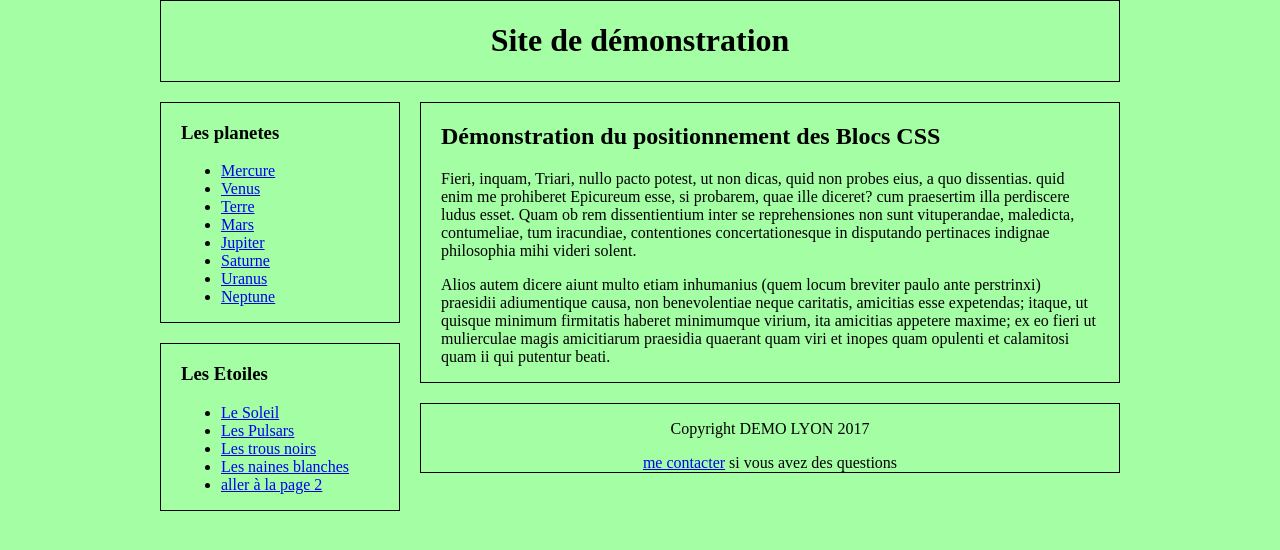
Repository: serviceshuios/-git-reference-java-lyon-worspace
Page: workspaceWeb/ModelePage1/WebContent/page2.html
An editor plug-in stored every save of this project. The page is shown before and after a run of saves, followed by the edit.
The browser window is 1280 px wide. The pictures show the whole page.

Above is the page before, as saved 2017-04-04 13:56:10.

### workspaceWeb/ModelePage1/WebContent/page2.html
<!DOCTYPE html>
<html>
<head>
<meta charset="UTF-8">
<title>modèle 1</title>
<meta name="viewport" content="width=device-width, initial-scale=1.0">
<link rel="stylesheet" href="css/style.css" />
</head>
<body>
	<div id="entete">
		<h1>Site de démonstration</h1>
	</div>
	<div id="nav">
		<div class="block planetes">
			<h3>Les planetes</h3>
			<ul>
				<li><a href="#">Mercure</a></li>
				<li><a href="#">Venus</a></li>
				<li><a href="#">Terre</a></li>
				<li><a href="#">Mars</a></li>
				<li><a href="#">Jupiter</a></li>
				<li><a href="#">Saturne</a></li>
				<li><a href="#">Uranus</a></li>
				<li><a href="#">Neptune</a></li>
			</ul>
		</div>
		<div class="block etoiles">
			<h3>Les Etoiles</h3>
			<ul>
				<li><a href="#">Le Soleil</a></li>
				<li><a href="#">Les Pulsars</a></li>
				<li><a href="#">Les trous noirs</a></li>
				<li><a href="#">Les naines blanches</a></li>
				<li><a href="page2.html">aller à la page 2</a></li>
			</ul>
		</div>

	</div>
	<div id="content">
	<div class="block">
		<h2>Démonstration du positionnement des Blocs CSS</h2>
		<p>Fieri, inquam, Triari, nullo pacto potest, ut non dicas, quid non probes eius, a quo dissentias. quid enim me prohiberet Epicureum esse, si probarem, quae ille diceret? cum praesertim illa perdiscere ludus esset. Quam ob rem dissentientium inter se reprehensiones non sunt vituperandae, maledicta, contumeliae, tum iracundiae, contentiones concertationesque in disputando pertinaces indignae philosophia mihi videri solent.</p>
		<p>Alios autem dicere aiunt multo etiam inhumanius (quem locum breviter paulo ante perstrinxi) praesidii adiumentique causa, non benevolentiae neque caritatis, amicitias esse expetendas; itaque, ut quisque minimum firmitatis haberet minimumque virium, ita amicitias appetere maxime; ex eo fieri ut mulierculae magis amicitiarum praesidia quaerant quam viri et inopes quam opulenti et calamitosi quam ii qui putentur beati.</p>
	</div>
	<div class="block footer">
		<p>Copyright DEMO LYON 2017</p>
		<a href="mailto:contact@example.com">me contacter</a> si vous avez des questions
	</div>
	</div>
</body>
</html>

### workspaceWeb/ModelePage1/WebContent/css/style.css
@CHARSET "UTF-8";
/*Si la taille de l'écran est inférieure à 681px*/
@media screen and (max-width:680px) {
	body {
		background-color: #ffd688;
		width:100%;
		margin: 0 auto;
	}
	#entete {
		border: 1px solid black;
		margin-bottom: 20px;
		padding: 0 20 px;
		text-align: center;
	}
	#nav {
		width: 100%;
	}
	#content {
		width: 100%;

	}
	.block {
		border: 1px solid black;
		margin-bottom: 20px;
		padding: 0 20px;
	}
	.footer {
		text-align: center;
	}
}

/*Si la taille de l'écran est comprise entre 681px et 1279px*/
@media screen and (min-width:681px) and (max-width:1279px) {
	body {
		background-color: #0080ff;
		width: 100%;
		margin:0 auto;
	}
	#entete {
		border: 1px solid black;
		margin-bottom: 20px;
		padding: 0 20 px;
		text-align: center;
	}
	#nav {
		width: 100%;
		float: left;
	}
	#content {
		width: 100%;
		float: right;
	}
	.planetes {
		float:left;
		width:45%;
	}
	.etoiles {
		float:right;
		width:45%;
	}
	.block {
		border: 1px solid black;
		margin-bottom: 20px;
		padding: 0 1%;
	}
	.footer {
		text-align: center;
	}
}

/*Si la taille de l'écran est supérieure à 1279px*/
@media screen and (min-width:1280px) {
	body {
		width: 960px;
		margin: 0 auto;
		background-color: #a4ffa4;
	}
	#entete {
		border: 1px solid black;
		margin-bottom: 20px;
		padding: 0 20 px;
		text-align: center;
	}
	#nav {
		width: 240px;
		float: left;
	}
	#content {
		width: 700px;
		float: right;
	}
	.block {
		border: 1px solid black;
		margin-bottom: 20px;
		padding: 0 20px;
	}
	.footer {
		text-align: center;
	}
}

After the next 2 saves:
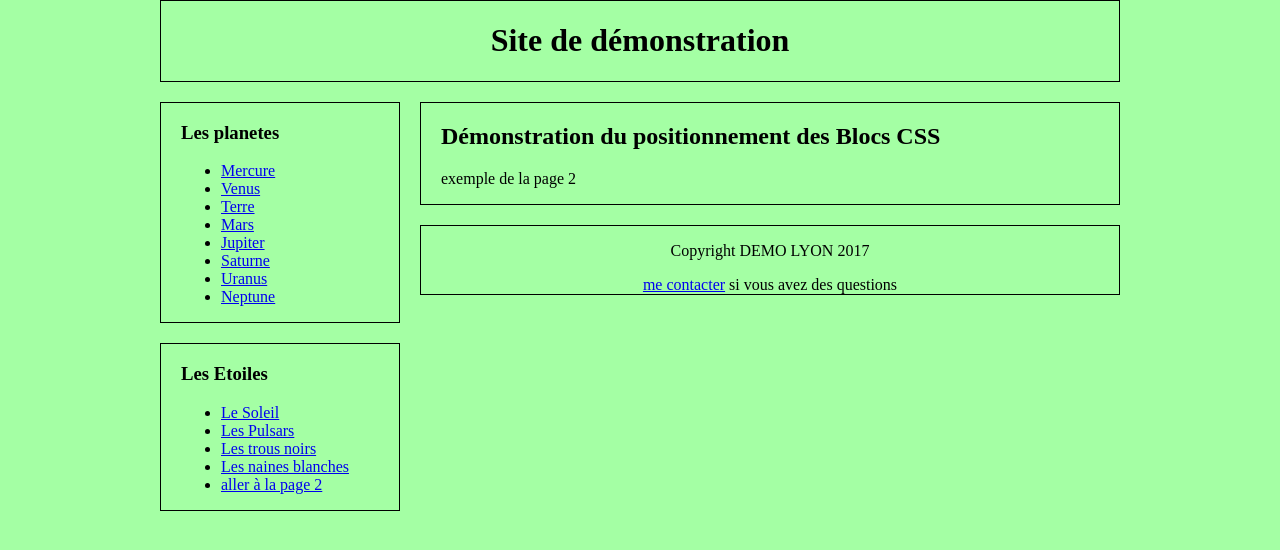
The 2 saves are shown as one change because they came seconds apart.
The last was saved 37 s later.
--- a/workspaceWeb/ModelePage1/WebContent/page2.html
+++ b/workspaceWeb/ModelePage1/WebContent/page2.html
@@ -39,8 +39,7 @@
 	<div id="content">
 	<div class="block">
 		<h2>Démonstration du positionnement des Blocs CSS</h2>
-		<p>Fieri, inquam, Triari, nullo pacto potest, ut non dicas, quid non probes eius, a quo dissentias. quid enim me prohiberet Epicureum esse, si probarem, quae ille diceret? cum praesertim illa perdiscere ludus esset. Quam ob rem dissentientium inter se reprehensiones non sunt vituperandae, maledicta, contumeliae, tum iracundiae, contentiones concertationesque in disputando pertinaces indignae philosophia mihi videri solent.</p>
-		<p>Alios autem dicere aiunt multo etiam inhumanius (quem locum breviter paulo ante perstrinxi) praesidii adiumentique causa, non benevolentiae neque caritatis, amicitias esse expetendas; itaque, ut quisque minimum firmitatis haberet minimumque virium, ita amicitias appetere maxime; ex eo fieri ut mulierculae magis amicitiarum praesidia quaerant quam viri et inopes quam opulenti et calamitosi quam ii qui putentur beati.</p>
+		<p>exemple de la page 2</p>
 	</div>
 	<div class="block footer">
 		<p>Copyright DEMO LYON 2017</p>
